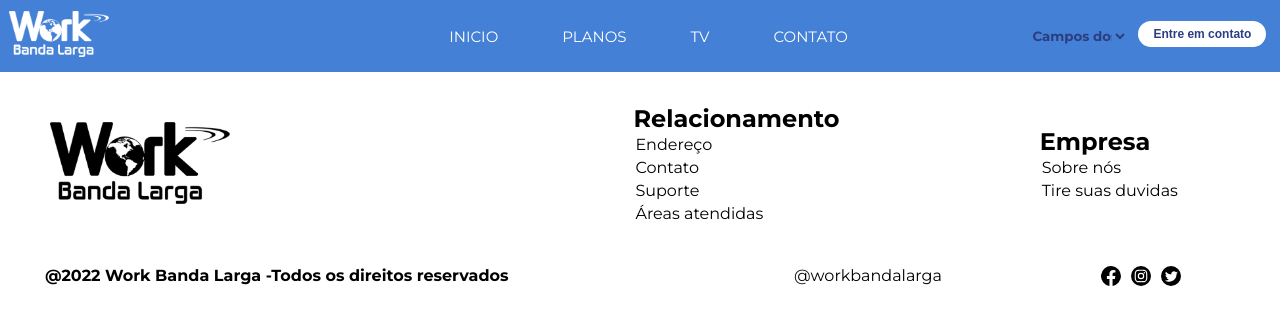
Repository: mateus-henrique-silva/WorkBandaLarga
Page: site_work/src/Pages/formulario.html
These files come from the project's save history. The page is drawn as it stood at one moment and after a run of saves; the edit follows.
The browser window is 1280 px wide. The pictures show the whole page.
Some web fonts or font styles are not loaded; a fallback is used.

Above is the page before, as saved 2022-09-20 10:45:29.

### site_work/src/Pages/formulario.html
<!DOCTYPE html>
<html lang="en">
  <head>
    <meta charset="UTF-8" />
    <meta http-equiv="X-UA-Compatible" content="IE=edge" />
    <meta name="viewport" content="width=device-width, initial-scale=1.0" />
    <link rel="stylesheet" href="../CSS/Main/MainFaq/style.css" />
    <link rel="stylesheet" href="../CSS/Global.css" />
    <link rel="stylesheet" href="../CSS/Header/style.css" />
    <link rel="stylesheet" href="../CSS/Footer/Style.css" />

 <style media="screen">
nav{
  position: relative!important;
}
 .accordions {
 width: 80%;
 margin: 100px auto;
 }

 .accordions h3 {
 text-align: center;
 font-family: "Roboto", sans-serif;
 font-weight: bold;
 }

 .accordion-item {
 background-color: #0b3791;
 margin-bottom: 20px;
 border: 1px solid #100e34;
 border-radius: 5px;
 color: #ffffff;
 }

 .accordion-item .accordion-title {
 cursor: pointer;
 padding: 20px;
 transition: transform 0.4s ease-in-out;
 }

 .accordion-item .accordion-title.active-title {
 background-color: #100e34;
 color: #ffffff;
 }

 .accordion-item .accordion-title h3 {
 font-weight: 700;
 margin: 0;
 font-size: 18px;
 display: flex;
 justify-content: space-between;
 font-weight: bold;
 }

 .accordion-item .accordion-title i.fa-chevron-down {
 transform: rotate(0);
 transition: 0.4s;
 }

 .accordion-item .accordion-title i.fa-chevron-down.chevron-top {
 transform: rotate(-180deg);
 color: #fa5019;
 }

 .accordion-item .accordion-content {
 display: none;
 line-height: 1.7;
 padding: 20px;
 background-color: #ffffff;
 border-radius: 0 0 5px 5px;
 color: #100e34;
 }

 .accordion-item .accordion-content.active {
 display: block;
 }

 .accordion-item .accordion-content p {
 margin: 0;
 font-family: "Nunito Sans", sans-serif;
 font-size: 16px;
 }

 .details {
 background: #dce1f2;
 }

 .details .detailed_info {
 margin: 50px auto;
 }

 .details img {
 margin: 0 auto;
 display: block;
 /* margin-top: 120px; */
 }

 .details h3 {
 font-family: "Poppins", sans-serif;
 font-weight: bold;
 font-size: 20px;
 }

 .details p {
 font-family: "Nunito Sans", sans-serif;
 font-size: 16px;
 line-height: 1.5em;
 }

 .details ul li {
 font-family: "Nunito Sans", sans-serif;
 font-size: 16px;
 line-height: 1.7em;
 }

 </style>

    <title>Document</title>
  </head>
  <body>
    <header>
      <nav>
        <a class="logo"
          ><img src="../Assets/logo-branca.png" width="100" alt=""
        /></a>
        <div class="mobile-menu">
          <div class="line1"></div>
          <div class="line2"></div>
          <div class="line3"></div>
        </div>
        <ul class="nav-list">
          <li><a href="javascript:history.back()">Inicio</a></li>
          <li><a href="#planos">Planos</a></li>
          <li><a href="#tv">TV</a></li>
          <li><a href="#container"> Contato</a></li>
          <li>
            <select
              style="margin: 5px; margin-left: 0"
              name="cars"
              id="city"
              onChange="update()"
            >
              <option value="1">Campos dos Goytacazes</option>
              <option value="2">Conceição de Macabu</option>
              <option value="3">Quissamã</option>
              <option value="4">São João da Barra</option>
            </select>
          </li>
        </ul>
        <ul style="display: flex">
          <select
            style="margin: 5px; margin-left: 0"
            name="cars"
            id="city"
            onChange="update()"
          >
            <option value="1">Campos dos Goytacazes</option>
            <option value="2">Conceição de Macabu</option>
            <option value="3">Quissamã</option>
            <option value="4">São João da Barra</option>
          </select>
          <li style="list-style: none; font-size: 10px; margin: 5px">
            <a
              href="#"
              style="
                font-size: 12px;

                font-family: arial;
                color: white;
              "
              onclick="openForm()"
              class="contact-header"
              >Entre em contato</a
            >
          </li>
        </ul>
      </nav>
    </header>
   <main>

   </main>
    <footer>
      <section>
        <div class="img-footer">
          <img src="../Assets/images/logo-preta.png" alt="" srcset="" />
        </div>
        <div class="link-footer">
          <div class="text-one">
            <h2>Relacionamento</h2>
            <a href="#map">Endereço</a>
            <a href="">Contato</a>
            <a href="">Suporte</a>
            <a href="">Áreas atendidas</a>
          </div>
          <div class="text-two">
            <h2>Empresa</h2>
            <a href="">Sobre nós</a>
            <a href="">Tire suas duvidas</a>
          </div>
        </div>
      </section>
      <section style="height: 5vh; display: flex; align-items: center">
        <div class="text-three">
          <strong>@2022 Work Banda Larga -Todos os direitos reservados </strong>
        </div>
        <div class="text-four">
          <p>@workbandalarga</p>
          <div class="social">
            <img src="../Assets/images/logo facebook.svg" alt="facebook" />
            <img src="../Assets/images/logo instagram.svg" alt="instagram" />
            <img src="../Assets/images/logo twitter.svg" alt="twitter" />
          </div>
        </div>
      </section>
    </footer>
    <script src="../Scripts/Menu/script.js"></script>
    <script src="../Scripts/Select/scripts.js"></script>

  </body>
</html>

### site_work/src/CSS/Global.css
@import url("https://fonts.googleapis.com/css2?family=Cinzel:wght@400;500;600;700;800;900&family=Montserrat:ital,wght@0,100;0,200;0,300;0,400;0,500;0,600;0,700;0,800;0,900;1,100;1,200;1,300;1,400;1,500;1,600;1,700;1,800;1,900&family=Roboto:ital,wght@0,300;0,400;0,500;0,700;0,900;1,100;1,300;1,400;1,500;1,700;1,900&display=swap");

* {
  margin: 0;
  padding: 0;
  border: 0;
  font-family: "Montserrat", sans-serif;
}

section {
  width: 100%;
  max-width: 100vw;
}

ul {
  list-style: none;
}
span {
  color: #67aee9;
}

html {
  scroll-behavior: smooth;
}

### site_work/src/CSS/Header/style.css
header {
  width: 100%;
  background-color: #4480d5;
  margin-top: 0;
}
a {
  color: black;
  text-decoration: none;
  transition: 0.3s;
}

a:hover {
  opacity: 0.7;
}

.logo {
  align-items: center;
  width: 15%;

  text-transform: uppercase;
  letter-spacing: 4px;
}

.logo h1 {
  font-size: 12px;
}

nav {
  display: flex;
  z-index: 1000;
  position: fixed !important;
  width: 100%;
  margin-top: 0;

  justify-content: space-around;
  align-items: center;
  background-color: #4480d5;
  height: 10vh;
}

.nav-list {
  justify-content: center;
  align-items: center;
  list-style: none;
  width: 62%;
  display: flex;
  z-index: 1;
}
.nav-list li:last-child {
  margin-right: -100px !important;
}
/* .nav-list li:last-child {
  padding: 10px 20px 10px;
  border: 1px solid #ffffff;
  border-radius: 5px;
  transition: 1s !important;
} */

/* .nav-list li:last-child:hover {
  border: 1px solid #d81f26;
} */
.nav-list li {
  letter-spacing: 0px;
  font-size: 12px;
  text-transform: uppercase;
  margin: 32px;
}
.nav-list li a {
  color: white;
  font-size: 15px;
}
.nav-list li a:hover {
  opacity: 0.5;
}
/* .nav-list li a:last-child:hover {
  color: #ffffffff;
} */

.mobile-menu {
  display: none;
  margin-left: 80px;
  cursor: pointer;
}

.mobile-menu div {
  transition: 0.3s;

  width: 32px;
  height: 2px;
  background: white;
  margin: 8px;
}

@media (max-width: 950px) {
  body {
    overflow-x: hidden;
  }

  .nav-list li:last-child {
    padding: 0;
    border: 0;
    border-radius: 0;
    transition: 1s !important;
  }

  .nav-list li:last-child:hover {
    border: 0;
  }

  .nav-list {
    position: absolute;
    top: 7vh;
    right: 0;
    width: 100vw;
    height: 100vh;
    background-color: white;
    flex-direction: column;
    color: white;
    /* align-items: center; */
    display: none;
    justify-content: flex-start;
    transition: 0.4s ease-in;
    /* justify-content: space-around; */
    transform: translateX(100%);
  }

  .nav-list li {
    margin-top: 100px;
    margin-left: 0;
    opacity: 0;
    margin: 30px;
    margin-left: 0px;
  }
  nav li select {
    color: white;
    font-weight: bold;
    font-size: 15px;
    width: 100%;
  }

  .mobile-menu {
    display: block;
  }
  .contact-header {
    display: none;
  }

  .logo {
    margin-left: 10px;
    width: 60%;
  }
  /* nav {
    flex-direction: row-reverse;
    display: flex;
    justify-content: space-around;
  } */
  .logo img {
    width: 80px !important;
  }
}

.nav-list.active {
  transition: 0.3s;
  overflow-y: hidden;
  position: fixed;
  z-index: 10000;
  align-items: center;
  background-color: #4480d5;
  transform: translateX(0);
  display: flex;
}

.nav-list.active li {
  color: white !important;
  font-weight: bold;
  margin-right: 0px !important;
}

.nav-list.active li {
  color: white;
}

@keyframes navLinkFade {
  from {
    opacity: 0;
    transform: translateX(50px);
  }

  to {
    opacity: 1;
    transform: translateX(0);
  }
}
/* .line1 {
  width: 40px !important;
}
.line3 {
  width: 30px !important;
} */
.mobile-menu.active .line1 {
  transform: rotate(-45deg) translate(-8px, 8px);
}

.mobile-menu.active .line2 {
  opacity: 0;
}

.mobile-menu.active .line3 {
  transform: rotate(45deg) translate(-5px, -7px);
}

select {
  width: 100px;
  background-color: transparent;
  font-weight: bold;
  border: none;

  color: #2c3e80;
  cursor: pointer;
}
select option {
  background-color: transparent;
}
@media (max-width: 999px) {
  select {
    display: none;
  }
  .nav-list select {
    display: block !important;
  }
}

.nav-list select {
  display: none;
}
.contact-header {
  background-color: white;
  padding: 6px 15px 6px;
  color: #2c3e80 !important;
  font-weight: bold;
  border-radius: 20px;
  margin-right: 0px;
}

### site_work/src/CSS/Footer/Style.css
footer {
  width: 100%;

  height: 100%;
}
footer section .img-footer img {
  width: 180px;
  margin: 50px;
}
footer section .img-footer {
  width: 50%;
}

footer section {
  display: flex;
}
.link-footer {
  width: 70%;

  display: flex;
  align-items: center;
  justify-content: space-around;
}

footer .text-one {
  display: flex;
  flex-direction: column;
}
footer .text-two {
  display: flex;
  flex-direction: column;
}

footer .text-one a {
  margin: 2px;
}
footer .text-two a {
  margin: 2px;
}
.social {
  display: flex;
  justify-content: space-around;
}
.social img {
  margin: 5px;
  margin-top: 0;
  margin-bottom: 0;
  cursor: pointer;
}
.text-four {
  width: 50%;
  justify-content: space-evenly;
  display: flex;
}
.text-three strong {
  margin-left: 45px;
}
.text-three {
  width: 50%;
}
@media (max-width: 900px) {
  .img-footer {
    width: 100% !important;
    display: flex;
    justify-content: center;
  }
  .img-footer img {
    width: 100px !important;
    margin: 20px !important;
  }
  .link-footer {
    width: 100% !important;
  }
  footer section {
    display: flex;
    flex-direction: column;
    align-items: center;
  }
  .text-three strong {
    margin-left: 0;
    width: 100%;
    text-align: center;
    font-size: 10px;
  }
  .text-three {
    width: 100%;
    display: flex;
    align-items: center;
    height: 50px;
  }
  .text-four {
    width: 100%;
    justify-content: space-around;
  }
  .text-one h2 {
    font-size: 15px;
  }

  .text-two h2 {
    font-size: 15px;
  }
  .text-one a {
    font-size: 12px;
  }
  .text-two a {
    font-size: 12px;
  }
  .text-four p {
    font-size: 15px;
  }
  .text-four .social {
    margin-right: 30px;
  }
}

### site_work/src/Scripts/Menu/script.js
class MobileNavbar{


    constructor(mobileMenu, navList, navLinks){
        this.mobileMenu = document.querySelector(mobileMenu);
        this.navList = document.querySelector(navList);
        this.navLinks = document.querySelectorAll(navLinks);
        this.activeClass = "active";
        this.hadleClick =  this.hadleClick.bind(this);


    }

    animateLinks(){
        this.navLinks.forEach((link, index)=>{

            var calc = index/7+0.3;


            link.style.animation
            ?(link.style.animation="")
            :(link.style.animation= `navLinkFade 0.5s ease forwards ${calc}s`);


        });


    }


    hadleClick(){


        this.navList.classList.toggle(this.activeClass);
        this.mobileMenu.classList.toggle(this.activeClass);
        this.animateLinks();
    }

    addClickEvent(){
        this.mobileMenu.addEventListener("click", this.hadleClick);


    }

    init(){

        if(this.mobileMenu){

            this.addClickEvent();
        }
        return this;
    }
    }



    const mobileNavbar = new MobileNavbar(

        ".mobile-menu",

        ".nav-list",

        ".nav-list li",


        );


    mobileNavbar.init();

### site_work/src/Scripts/Select/scripts.js
function update() {
  var select = document.getElementById("city");
  var select = document.getElementById("cityTwo");
  var redirect = location.host;

  var execute = `http://${redirect}/src/Pages`;
  // var opcaoTexto = select.options[select.selectedIndex].text;
  var opcaoValor = select.options[select.selectedIndex].value;


  console.log(opcaoValor);
  console.log(redirect);
  console.log(execute);

  //verification

  if (opcaoValor === "1") {
    window.location.href = `${execute}/campos.html`;
  }

  if (opcaoValor === "2") {
    window.location.href = `${execute}/conceicao.html`;
  }
  if (opcaoValor === "3") {
    window.location.href = `${execute}/quissama.html`;
  }
  if (opcaoValor === "4") {
    window.location.href = `${execute}/saojoao.html`;
  }

}

Loaded but not shown: site_work/src/CSS/Main/MainFaq/style.css (no stored copy; drawn as an empty file)

After the next 2 saves:
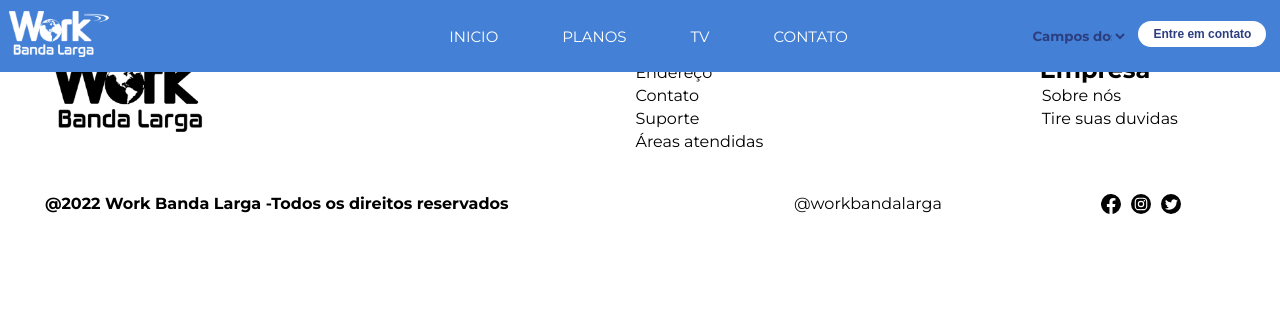
The 2 saves are shown as one change because they came seconds apart.
The last was saved 12 s later.
--- a/site_work/src/Pages/formulario.html
+++ b/site_work/src/Pages/formulario.html
@@ -9,111 +9,7 @@
     <link rel="stylesheet" href="../CSS/Header/style.css" />
     <link rel="stylesheet" href="../CSS/Footer/Style.css" />
 
- <style media="screen">
-nav{
-  position: relative!important;
-}
- .accordions {
- width: 80%;
- margin: 100px auto;
- }
-
- .accordions h3 {
- text-align: center;
- font-family: "Roboto", sans-serif;
- font-weight: bold;
- }
-
- .accordion-item {
- background-color: #0b3791;
- margin-bottom: 20px;
- border: 1px solid #100e34;
- border-radius: 5px;
- color: #ffffff;
- }
-
- .accordion-item .accordion-title {
- cursor: pointer;
- padding: 20px;
- transition: transform 0.4s ease-in-out;
- }
-
- .accordion-item .accordion-title.active-title {
- background-color: #100e34;
- color: #ffffff;
- }
-
- .accordion-item .accordion-title h3 {
- font-weight: 700;
- margin: 0;
- font-size: 18px;
- display: flex;
- justify-content: space-between;
- font-weight: bold;
- }
-
- .accordion-item .accordion-title i.fa-chevron-down {
- transform: rotate(0);
- transition: 0.4s;
- }
-
- .accordion-item .accordion-title i.fa-chevron-down.chevron-top {
- transform: rotate(-180deg);
- color: #fa5019;
- }
-
- .accordion-item .accordion-content {
- display: none;
- line-height: 1.7;
- padding: 20px;
- background-color: #ffffff;
- border-radius: 0 0 5px 5px;
- color: #100e34;
- }
-
- .accordion-item .accordion-content.active {
- display: block;
- }
-
- .accordion-item .accordion-content p {
- margin: 0;
- font-family: "Nunito Sans", sans-serif;
- font-size: 16px;
- }
-
- .details {
- background: #dce1f2;
- }
-
- .details .detailed_info {
- margin: 50px auto;
- }
-
- .details img {
- margin: 0 auto;
- display: block;
- /* margin-top: 120px; */
- }
-
- .details h3 {
- font-family: "Poppins", sans-serif;
- font-weight: bold;
- font-size: 20px;
- }
-
- .details p {
- font-family: "Nunito Sans", sans-serif;
- font-size: 16px;
- line-height: 1.5em;
- }
-
- .details ul li {
- font-family: "Nunito Sans", sans-serif;
- font-size: 16px;
- line-height: 1.7em;
- }
-
- </style>
+    <style media="screen"></style>
 
     <title>Document</title>
   </head>
@@ -176,9 +72,7 @@ nav{
         </ul>
       </nav>
     </header>
-   <main>
-
-   </main>
+    <main></main>
     <footer>
       <section>
         <div class="img-footer">
@@ -215,6 +109,5 @@ nav{
     </footer>
     <script src="../Scripts/Menu/script.js"></script>
     <script src="../Scripts/Select/scripts.js"></script>
-
   </body>
 </html>
